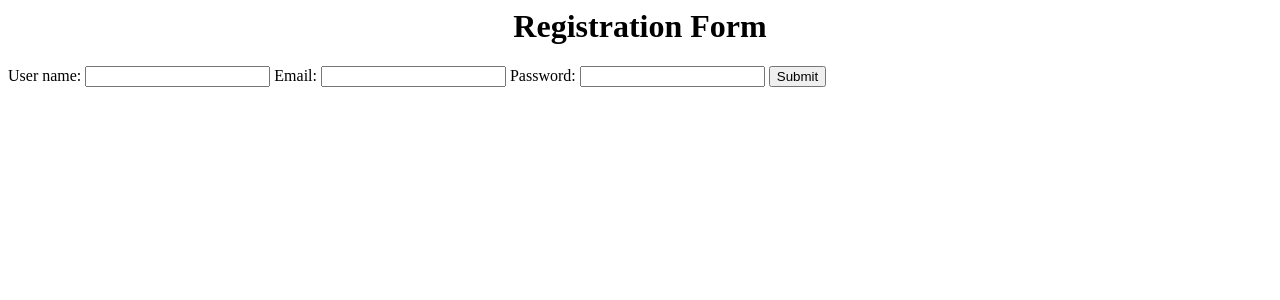
Repository: shiv-30/Spring-Boot-Projects
Page: springsecurity/src/main/resources/static/login.html
These files come from the project's save history. The page is drawn as it stood at one moment and after the next save; the edit follows.
The browser window is 1280 px wide. The pictures show the whole page.

Above is the page before, as saved 2022-08-11 06:43:15.

After the next save:
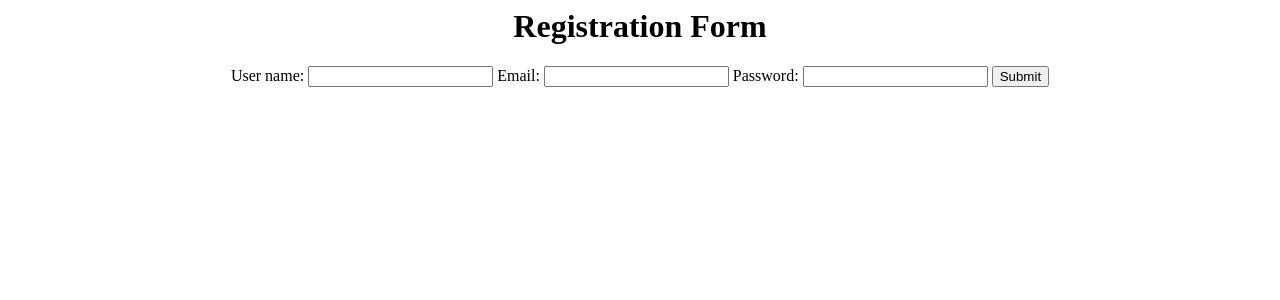
Saved 5 s later.
--- a/springsecurity/src/main/resources/static/login.html
+++ b/springsecurity/src/main/resources/static/login.html
@@ -5,7 +5,7 @@
 	</head>
 	<body>
 		<h1 style="text-align:center;">Registration Form</h1>
-		<form style="text:align"  method="POST" action="">
+		<form style="text-align:center;"  method="POST" action="">
 			User name: <input name="username" type="text" required>
 			Email: <input name="email" type="email" required>
 			Password: <input name="password" type="password" required>
